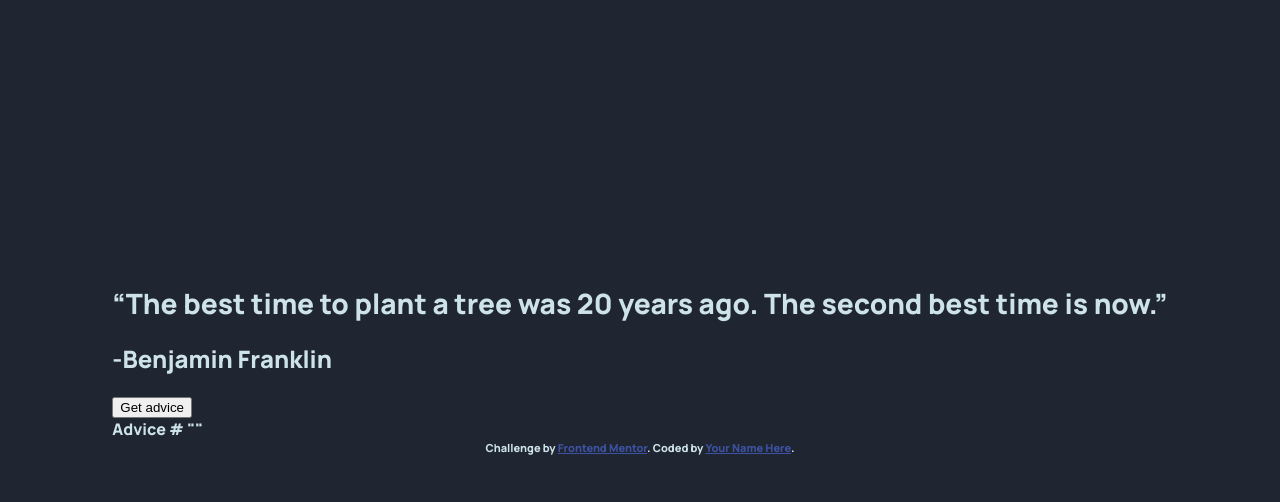
Repository: blordeus/advice-generator-app-main
Page: index.html
An editor plug-in stored every save of this project. The page is shown before and after a run of saves, followed by the edit.
The browser window is 1280 px wide. The pictures show the whole page.

Above is the page before, as saved 2023-08-22 17:58:00.

### index.html
<!DOCTYPE html>
<html lang="en">
<head>
  <meta charset="UTF-8">
  <meta name="viewport" content="width=device-width, initial-scale=1.0"> <!-- displays site properly based on user's device -->

  <link rel="icon" type="image/png" sizes="32x32" href="./images/favicon-32x32.png">
  <link rel="stylesheet" href="style.css">

  <title>Frontend Mentor | Advice generator app</title>

  <!-- Feel free to remove these styles or customise in your own stylesheet 👍 -->
  <style>
    .attribution { font-size: 11px; text-align: center; }
    .attribution a { color: hsl(228, 45%, 44%); }
  </style>
</head>
<body>
  <main>
    <h1 class="quote">“The best time to plant a tree was 20 years ago. The second best time is now.”</h1>
    <h2 class="author">-Benjamin Franklin</h2>
    <div id='advice'>
      <button onclick="getAdvice()">Get advice</button><br />
    </div>

    Advice #<!-- Advice ID goes here -->

    "<!-- Advice text goes here -->"

  </main>
  <div class="attribution">
    Challenge by <a href="https://www.frontendmentor.io?ref=challenge" target="_blank">Frontend Mentor</a>.
    Coded by <a href="#">Your Name Here</a>.
  </div>
</body>
</html>

### style.css
@import url('https://fonts.googleapis.com/css2?family=Manrope:wght@800&display=swap');

:root{
    --Light-Cyan: hsl(193, 38%, 86%);
    --Neon-Green: hsl(150, 100%, 66%);
    --Grayish-Blue: hsl(217, 19%, 38%);
    --Dark-Grayish-Blue: hsl(217, 19%, 24%);
    --Dark-Blue: hsl(218, 23%, 16%);
}

body{
    font-family: 'Manrope', sans-serif;
    background-color: var(--Dark-Blue);
    color: var(--Light-Cyan);
    display: flex;
    flex-direction: column;
    align-items: center;
    justify-content: center;
    height: 100vh;
    margin: 0;
    padding: 0;
    overflow: hidden;
}
  .quote {
    font-size: 28px;
  }

After the next 3 saves:
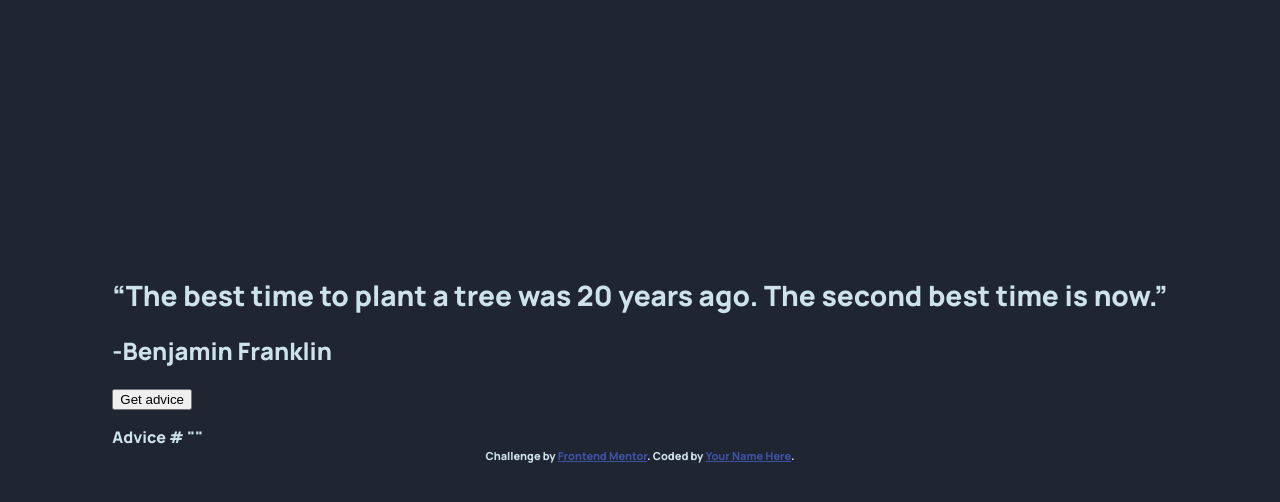
The 3 saves are shown as one change because they came seconds apart.
The last was saved 8 s later.
--- a/index.html
+++ b/index.html
@@ -21,6 +21,8 @@
     <h2 class="author">-Benjamin Franklin</h2>
     <div id='advice'>
       <button onclick="getAdvice()">Get advice</button><br />
+      <p id="adviceText"></p>
+      </div>
     </div>
 
     Advice #<!-- Advice ID goes here -->
